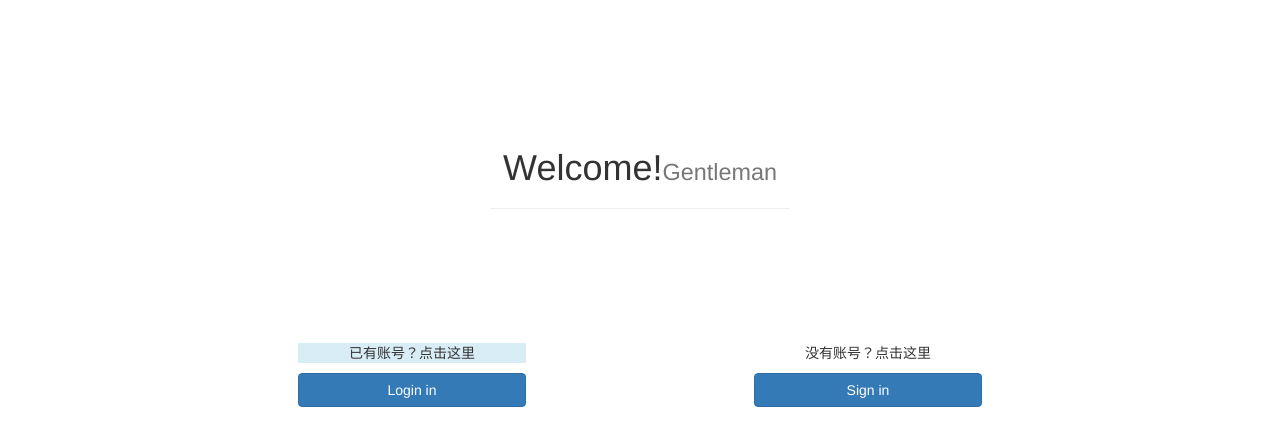
Repository: JasonBour/Beautypedia
Page: http://localhost/
The author's editor kept a copy of each file at every save. The page is drawn from the files as they stood at one save, then again after the next save.
The browser window is 1280 px wide. The pictures show the whole page.
The page is run by PHP 8.4 with error messages shown; the project is at /var/www/html/.

Above is the page before, as saved 2015-09-13 12:45:01.

After the next save:
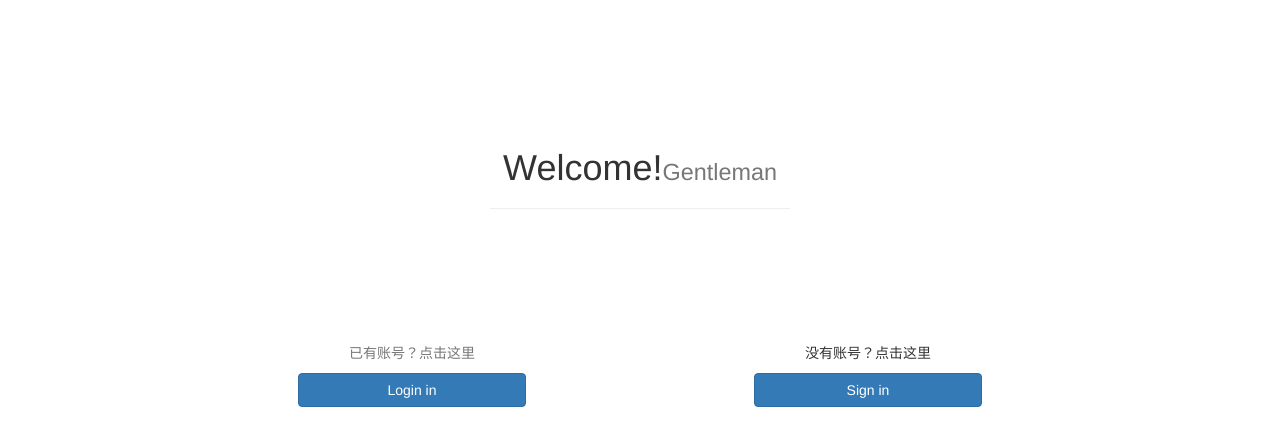
Saved 24 s later.
--- a/Beautypedia/index.php
+++ b/Beautypedia/index.php
@@ -15,7 +15,7 @@
      <HR align=center width=300 color=#987cb9 SIZE=1>
 
   <div  class="login">
-   <p class="bg-info">已有账号？点击这里</p>
+   <p class="text-muted">已有账号？点击这里</p>
 
    <button type="button" class="btn btn-primary btn-block">Login in</button>
 
